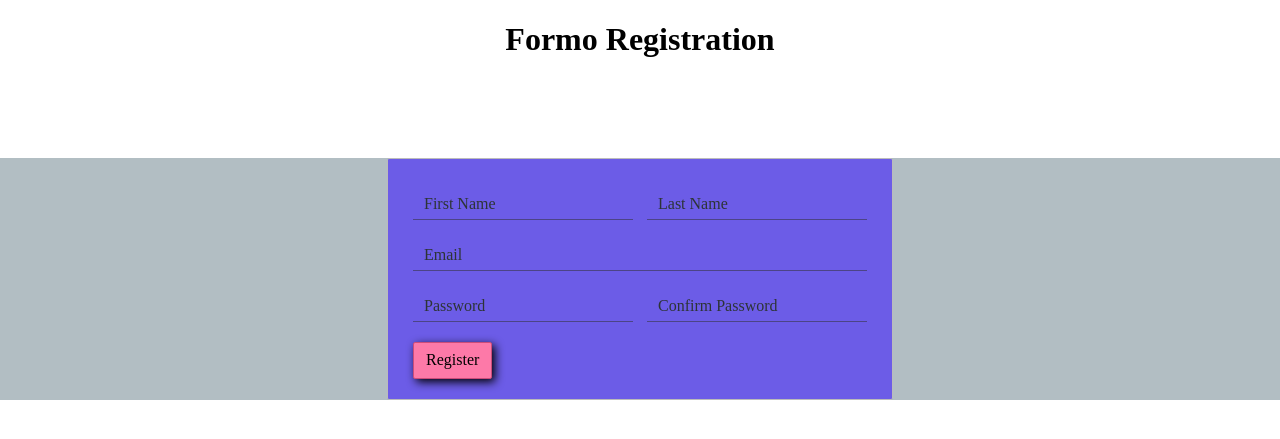
Repository: AMAmine89/vanilla-projects
Page: formo/index.html
An editor plug-in stored every save of this project. The page is shown before and after the next save, followed by the edit.
The browser window is 1280 px wide. The pictures show the whole page.

Above is the page before, as saved 2021-05-05 07:49:48.

### formo/index.html
<!DOCTYPE html>
<html lang="en">
<head>
    <meta charset="UTF-8">
    <meta http-equiv="X-UA-Compatible" content="IE=edge">
    <meta name="viewport" content="width=device-width, initial-scale=1.0">
    <link rel="stylesheet" href="css/normalize.css">
    <link rel="stylesheet" href="style.css">
    <title>Formo</title>
</head>
<body>
    <head>
        <h1>Formo Registration</h1>
    </head>
    <section>
        <form>
            <div class="double-block">
                <div>
                    <span class="first-name">
                        <input type="text" name="first-name" id="first-name">
                    </span>
                </div>
                <div>
                    <span class="last-name">
                        <input type="text" name="last-name">
                    </span>
                </div>
            </div>
            <div>
                <span class="email"><input type="email" name="email"></span>
            </div>
            <div class="double-block">
                <div>
                    <span class="password">
                        <input type="password" name="password">
                    </span>
                </div>
                <div>
                    <span class="confirm-password">
                        <input type="password" name="confirm-password">
                    </span>
                </div>
            </div>
            <div>
                <input type="submit" value="Register">
            </div>
        </form>
    </section>
</body>
</html>

### formo/style.css
section {
    display: flex;
    justify-content: center;
    margin-top: 100px;
    background-color: #b2bec3;
    color: #2d3436;
}

h1 {
    text-align: center;
}

form {
    background: #6c5ce7;
    padding: 20px;
    border: 1px solid rgb(187, 187, 187);
    border-radius: 2px;
    -webkit-border-radius: 2px;
    -moz-border-radius: 2px;
    -ms-border-radius: 2px;
    -o-border-radius: 2px;
}

div {
    position: relative;
}

.double-block div {
    display: inline-block;
}

input:not(input[type="submit"]) {
    padding: 5px 10px;
    height: 20px;
    background: transparent;
    border-top: none;
    border-right: none;
    border-left: none;
    border-bottom: solid 1px rgba(49, 49, 49, 0.527);
    margin: 10px 5px;
    outline: none;
    z-index: 2;
}

input[type="email"] {
    width: -webkit-fill-available;
}

input:not(input[type="submit"])::after {
    content: '';
    width: 0;
    display: block;
    height: 1px;
    color: rgb(49, 49, 49);
    border-bottom: solid 1px;
    transition: width .3s ease-in-out;
    -webkit-transition: width .3s ease-in-out;
    -moz-transition: width .3s ease-in-out;
    -ms-transition: width .3s ease-in-out;
    -o-transition: width .3s ease-in-out;
}

input:not(input[type="submit"]):focus::after {
    width: 100%;
}

input[type="submit"] {
    padding: 8px 12px;
    background-color: #fd79a8;
    border: 1px solid #cc4c79;
    outline: none;
    cursor: pointer;
    color: initial;
    box-shadow: 3px 3px 10px 0px black;
    border-radius: 2px;
    margin-top: 10px;
    margin-left: 5px;
    -webkit-border-radius: 2px;
    -moz-border-radius: 2px;
    -ms-border-radius: 2px;
    -o-border-radius: 2px;
    transition: all .6 ease-in-out;
    -webkit-transition: all .6 ease-in-out;
    -moz-transition: all .6 ease-in-out;
    -ms-transition: all .6 ease-in-out;
    -o-transition: all .6 ease-in-out;
}

input[type="submit"]:hover {
    background-color: #cc4c79;
    color: aliceblue;
}

.first-name::before {
    content: 'First Name';
}

.last-name::before {
    content: 'Last Name';
}

.email::before {
    content: 'Email';
}
.password::before {
    content: 'Password';
}
.confirm-password::before {
    content: 'Confirm Password';
}

span {
    z-index: 1;
}

span::before {
    cursor: text;
    display: inline-block;
    position: absolute;
    top: 16px;
    left: 16px;
    bottom: 0;
    font-size: initial;
    transition: all .3s ease-in-out;
    -webkit-transition: all .3s ease-in-out;
    -moz-transition: all .3s ease-in-out;
    -ms-transition: all .3s ease-in-out;
    -o-transition: all .3s ease-in-out;
}

span:focus-within::before, span:focus::before  {
    top: 0;
    left: 10px;
    bottom: 30px;
    font-size: .85em;
}

label {
    cursor: text;
    display: inline-block;
    position: relative;
    bottom: auto;
    left: -180px;
    transition: bottom .7s ease-in-out;
    -webkit-transition: bottom .7s ease-in-out;
    -moz-transition: bottom .7s ease-in-out;
    -ms-transition: bottom .7s ease-in-out;
    -o-transition: bottom .7s ease-in-out;
}

Loaded but not shown: formo/normalize.css (library)

After the next save:
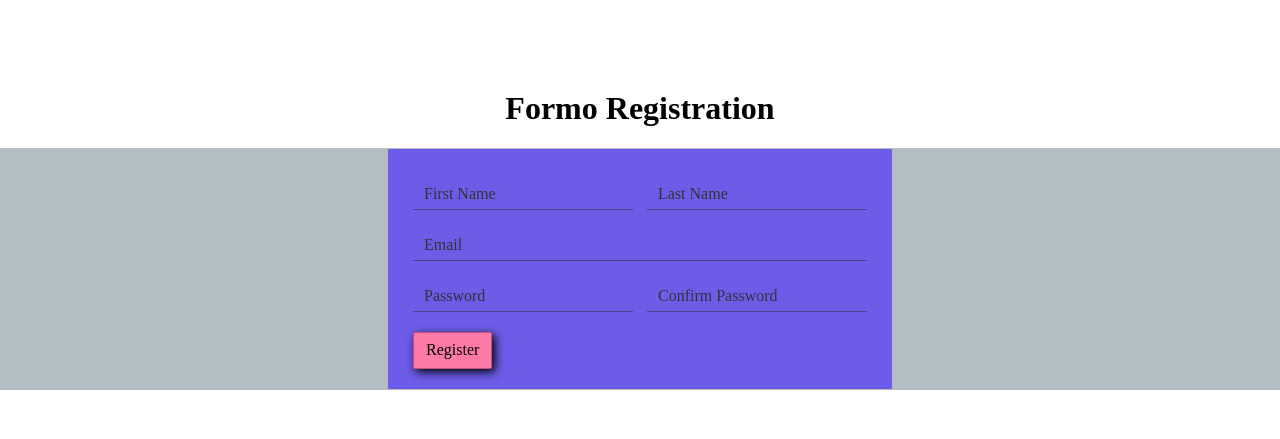
Saved 11 min 41 s later.
--- a/formo/style.css
+++ b/formo/style.css
@@ -1,13 +1,14 @@
 section {
     display: flex;
     justify-content: center;
-    margin-top: 100px;
+    margin-top: 10px;
     background-color: #b2bec3;
     color: #2d3436;
 }
 
 h1 {
     text-align: center;
+    margin-top: 90px;
 }
 
 form {
